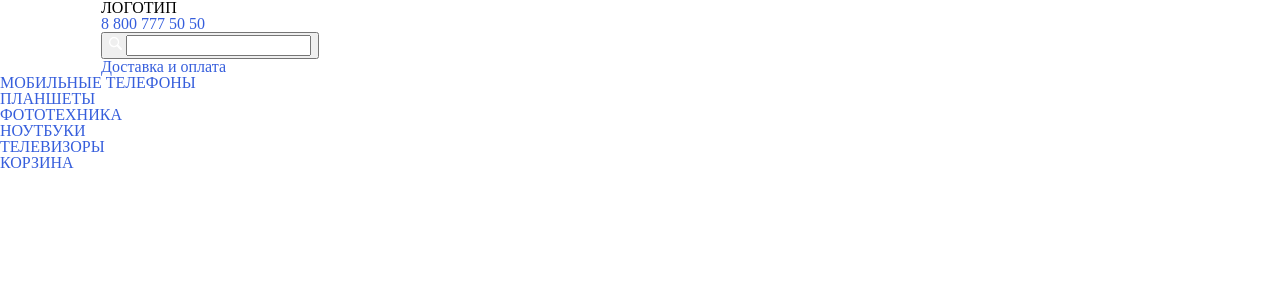
Repository: sem1103/WEBCompany
Page: index.html
The author's editor kept a copy of each file at every save. The page is drawn from the files as they stood at one save, then again after the next save.
The browser window is 1280 px wide. The pictures show the whole page.

Above is the page before, as saved 2024-01-11 18:28:52.

### index.html
<!DOCTYPE html>
<html lang="en">
<head>
    <meta charset="UTF-8">
    <meta name="viewport" content="width=device-width, initial-scale=1.0">
    <title>Интернет магазин</title>

    <link rel="stylesheet" href="styles/reset.css">
    <link rel="stylesheet" href="styles/main.css">
</head>
<body>
    <div id="page">
        <header>
            <div class="container">
                <div class="header__logo">
                    <span>ЛОГОТИП</span>
                </div>
                <p class="phone__number"><a href="tel:+78007775050">8 800 777 50 50</a></p>
                <div class="search__items">
                    <button>
                        <svg xmlns="http://www.w3.org/2000/svg" width="13" height="13" viewBox="0 0 13 13" fill="none">
                            <path d="M8.68135 1.48741C6.69814 -0.495804 3.4703 -0.495804 1.48709 1.48741C-0.495696 3.47106 -0.495696 6.69846 1.48709 8.6821C3.2532 10.4478 6.00382 10.6369 7.98574 9.25819C8.02744 9.45553 8.12289 9.64383 8.27637 9.79731L11.1646 12.6855C11.5855 13.1055 12.2656 13.1055 12.6843 12.6855C13.1048 12.265 13.1048 11.5849 12.6843 11.1657L9.79613 8.27669C9.64351 8.1245 9.45477 8.02863 9.25744 7.98692C10.6371 6.00457 10.4479 3.25438 8.68135 1.48741ZM7.76949 7.77024C6.28885 9.25089 3.87916 9.25089 2.39895 7.77024C0.919166 6.2896 0.919166 3.88034 2.39895 2.3997C3.87916 0.919489 6.28885 0.919489 7.76949 2.3997C9.25013 3.88034 9.25013 6.2896 7.76949 7.77024Z" fill="white"/>
                          </svg>
                          <input type="text" name="itemName">
                    </button>
                </div>
                <p  class="delivery"><a href="">Доставка и оплата</a></p>
            </div>

            <nav>
                <ul>
                    <li><a href="">МОБИЛЬНЫЕ ТЕЛЕФОНЫ</a></li>
                    <li><a href="">ПЛАНШЕТЫ</a></li>
                    <li><a href="">ФОТОТЕХНИКА</a></li>
                    <li><a href="">НОУТБУКИ</a></li>
                    <li><a href="">ТЕЛЕВИЗОРЫ</a></li>

                    <li class="desc__cart"><a href="">КОРЗИНА</a></li>
                </ul>
            </nav>
        </header>
    </div>
</body>
</html>

### styles/reset.css
:root{
    --green: #57aa32;
    --gray: #2e2d2c;
}
html{
    scroll-behavior: smooth;
}
html,
body,
div,
span,
applet,
object,
iframe,
h1,
h2,
h3,
h4,
h5,
h6,
p,
blockquote,
pre,
a,
abbr,
acronym,
address,
big,
cite,
code,
del,
dfn,
em,
img,
ins,
kbd,
q,
s,
samp,
small,
strike,
strong,
sub,
sup,
tt,
var,
b,
u,
i,
center,
dl,
dt,
dd,
ol,
ul,
li,
fieldset,
form,
label,
legend,
table,
caption,
tbody,
tfoot,
thead,
tr,
th,
td,
article,
aside,
canvas,
details,
embed,
figure,
figcaption,
footer,
header,
hgroup,
menu,
nav,
output,
ruby,
section,
summary,
time,
mark,
audio,
video {
    margin: 0;
    padding: 0;
    border: 0;
    font-size: 100%;
    font: inherit;
    vertical-align: baseline
}

article,
aside,
details,
figcaption,
figure,
footer,
header,
hgroup,
menu,
nav,
section {
    display: block
}

body {
    line-height: 1;
}

ol,
ul {
    list-style: none
}

blockquote,
q {
    quotes: none
}

blockquote:before,
blockquote:after,
q:before,
q:after {
    content: '';
    content: none
}

table {
    border-collapse: collapse;
    border-spacing: 0
}

a {
    text-decoration: none;
    color: #365edc;
    transition: all .3s ease-in-out
}

a:hover {
    color: #365edc;
}

* {
    box-sizing: border-box
}

main img{
    width: 100%;
    height: auto;
}

### styles/main.css
:root{

}
.container{
    max-width: 1078px;
    margin: 0 auto;
}

After the next save:
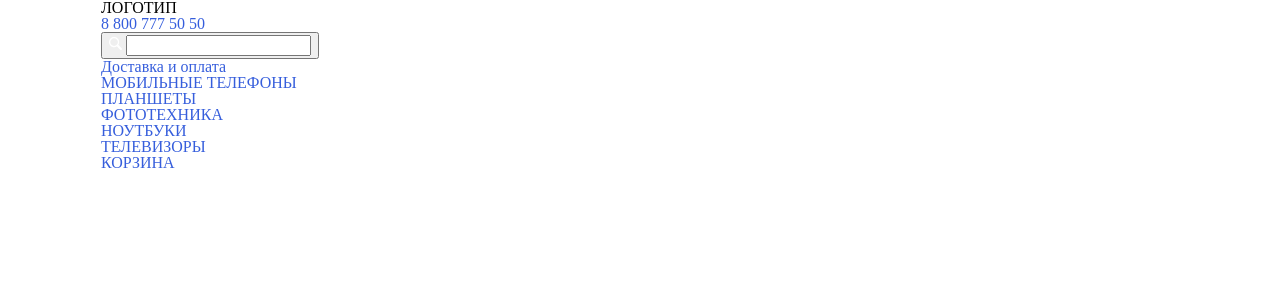
Saved 7 s later.
--- a/index.html
+++ b/index.html
@@ -28,7 +28,7 @@
             </div>
 
             <nav>
-                <ul>
+                <ul class="container">
                     <li><a href="">МОБИЛЬНЫЕ ТЕЛЕФОНЫ</a></li>
                     <li><a href="">ПЛАНШЕТЫ</a></li>
                     <li><a href="">ФОТОТЕХНИКА</a></li>
